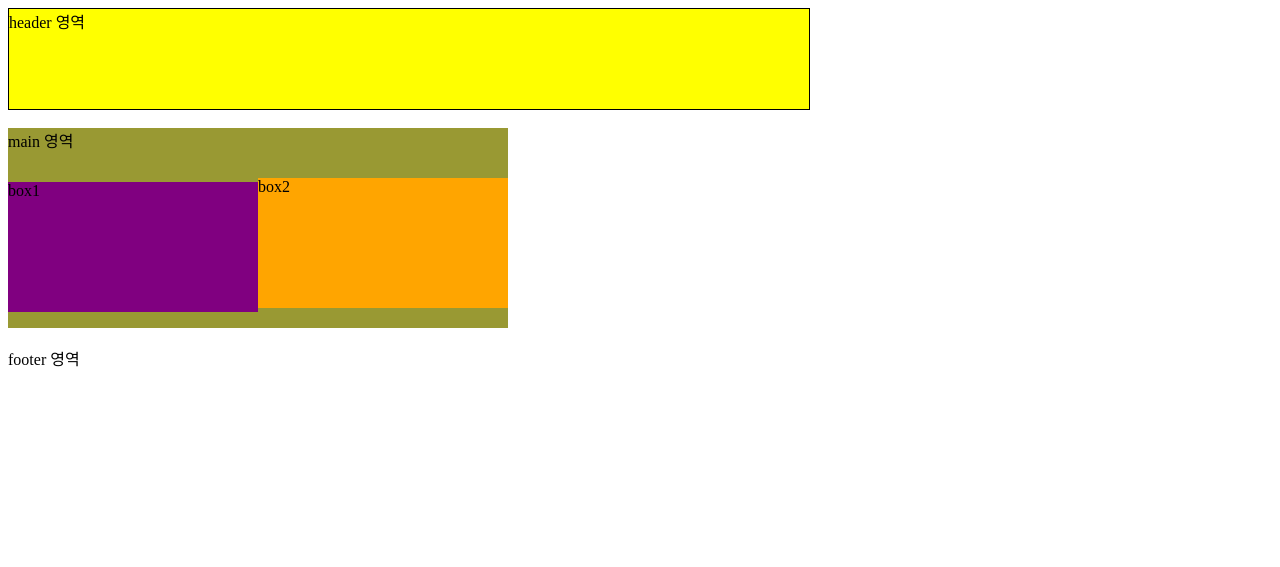
Repository: Seokho96/CSSPractice
Page: css/work01/WebContent/index02.html
These files come from the project's save history. The page is drawn as it stood at one moment and after the next save; the edit follows.
The browser window is 1280 px wide. The pictures show the whole page.

Above is the page before, as saved 2020-07-13 06:40:17.

### css/work01/WebContent/index02.html
<!DOCTYPE html>
<html>
<head>
<meta charset="UTF-8">
<title>Insert title here</title>

<style type="text/css">
#header{
   width: 800px;
   height: 100px;
   border: 1px solid black;
   background-color: yellow;
}
#main{
   width: 500px;
   height: 200px;
   background-color: #999933;
}
 #box1{
   width: 250px;
   height:130px;
   background-color: orange;
   margin-top: 50px;
    float: right;
}
#box2{
   width: 250px;
   height:130px;
   background-color: purple;
   margin-top: 30px;


}  */
</style>
</head>
<body>

<div id="header" >header 영역</div><br>


<div id="main">main 영역
<div id="box1">box2</div>
<div id="box2">box1</div>
</div> <br>

<div id="footer">footer 영역</div>
</body>
</html>

After the next save:
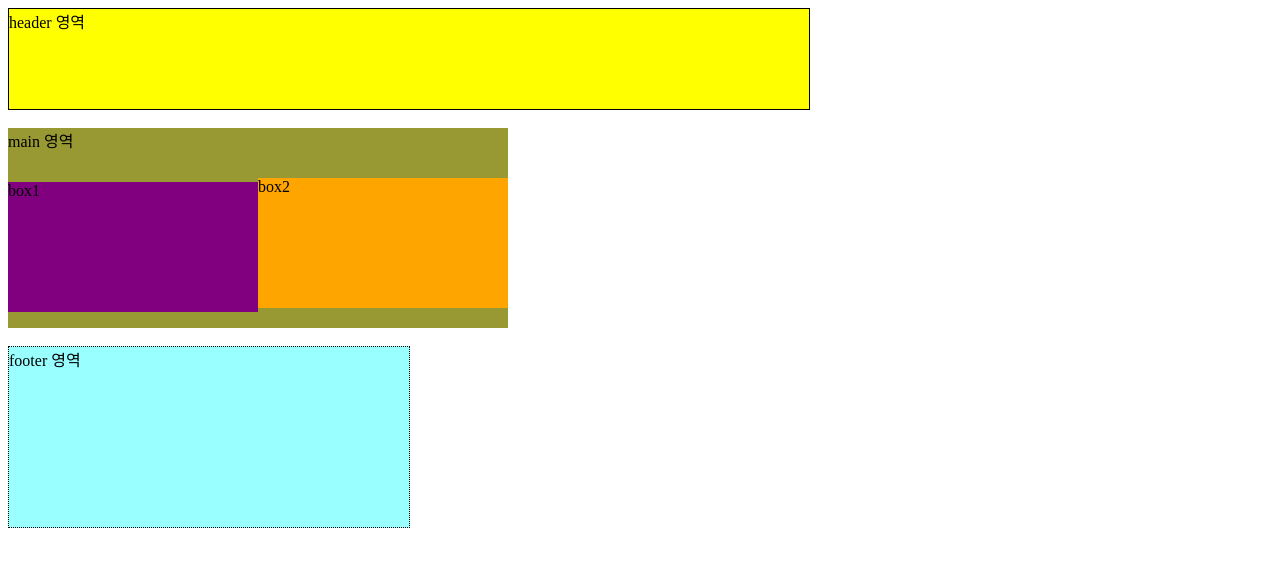
Saved 2 min 36 s later.
--- a/css/work01/WebContent/index02.html
+++ b/css/work01/WebContent/index02.html
@@ -21,7 +21,7 @@
    height:130px;
    background-color: orange;
    margin-top: 50px;
-    float: right;
+   float: right;
 }
 #box2{
    width: 250px;
@@ -30,7 +30,14 @@
    margin-top: 30px;
 
 
-}  */
+}
+#footer{
+   width: 400px;
+   height: 180px;
+   background-color: #99FFFF;
+   border : 1px dotted black;
+
+}
 </style>
 </head>
 <body>
